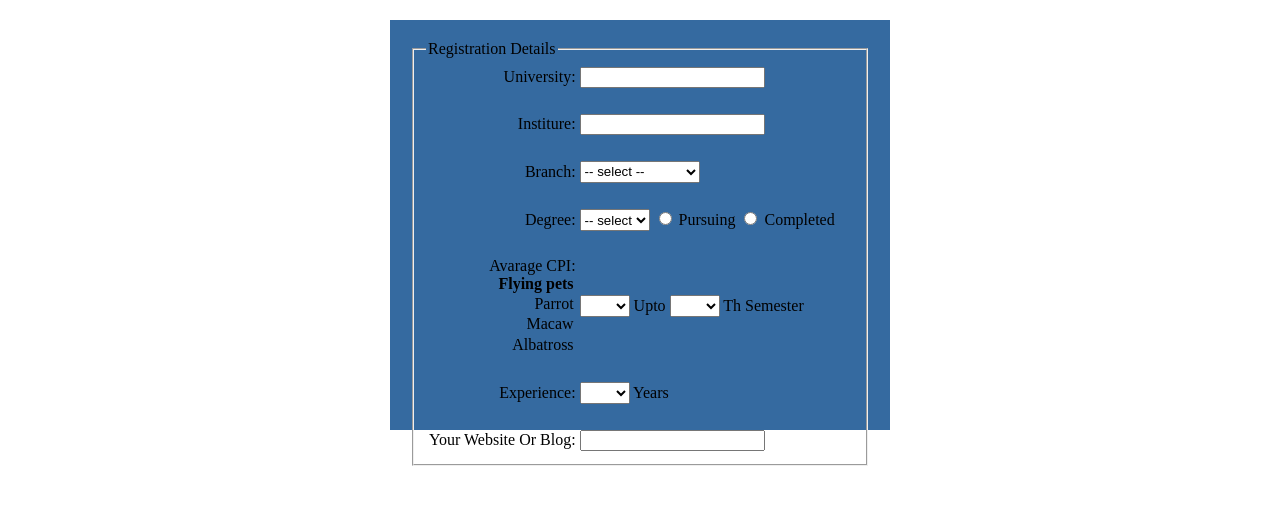
Repository: Helianthusss/Learn-CPP
Page: HTML/lap2/bai5.html
These files come from the project's save history. The page is drawn as it stood at one moment and after the next save; the edit follows.
The browser window is 1280 px wide. The pictures show the whole page.

Above is the page before, as saved 2021-10-10 13:55:52.

### HTML/lap2/bai5.html
<!DOCTYPE html>
<html lang="en">
<head>
    <meta charset="UTF-8">
    <meta http-equiv="X-UA-Compatible" content="IE=edge">
    <meta name="viewport" content="width=device-width, initial-scale=1.0">
    <title>Document</title>
    <style>
        body{
            /* background-color: #81BEF7; */
            margin-left: auto;
            margin-right: auto;
            width: 500px;
            margin-top: 20px;
            /* text-align: center; */
        }
        form{
            background-color: #356aa0;
            height:370px;
            padding: 20px;
        }
        .ps{
            text-align: right;
        }
        button{
            text-align: center;
        }
    </style>
</head>
<body>
    <div>
    <form  >
        <!-- tao khung -->
        <fieldset>
        <legend>Registration Details</legend>
        <table>

            <tr>
                <td class="ps">University: </td>
                <td><input type="text"></td>
                <!-- <br> -->
            </tr>
            <tr>
                <td><br></td>
            </tr>
            <tr>
                <td class="ps">Institure: </td>
                <td><input type="text" ></td>
                <!-- <br> <br> -->
            </tr>
            <tr>
                <td><br></td>
            </tr>
            <tr>
                <td class="ps">Branch: </td>
                <td>
                    <select name="united" style="width: 120px; height: 22px">
                    <option selected="1" value="">-- select --</option>
                    <option value="2">England</option>
                    <option value="3">Japan</option>
                    <option value="4">Korea</option>
                    </select>
                </td>
            </tr>
            <tr>
                <td><br></td>
            </tr>
            <tr>
                <td class="ps">Degree: </td>
                <td>
                    <select name="united" style="width: 70px; height: 22px">
                    <option selected="1" value="">-- select --</option>
                    <option value="2">England</option>
                    <option value="3">Japan</option>
                    <option value="4">Korea</option>
                    </select>
                    <input type="radio" name="degree" value="pursuing" > Pursuing <input type="radio" name="degree" value="completed" > Completed
                </td>
            </tr>
            <tr>
                <td><br></td>
            </tr>
            <tr>
                <td class="ps">Avarage CPI:
                  <optgroup label="Flying pets">
                    <option value="parrot">Parrot</option>
                    <option value="macaw">Macaw</option>
                    <option value="albatross">Albatross</option>
                  </optgroup>
                </td>

                <td>
                    <select name="united" style="width: 50px; height: 22px">
                    <option selected="1" value=""></option>
                    </select>
                    Upto
                    <select name="united" style="width: 50px; height: 22px">
                        <option selected="1" value=""></option>
                    </select>
                    Th Semester
                </td>
            </tr>
            <tr>
                <td><br></td>
            </tr>
            <tr>
                <td class="ps">Experience: </td>
                <td>
                    <select name="united" style="width: 50px; height: 22px">
                    <option selected="1" value=""></option>
                    </select>
                    Years
                </td>
            </tr>
            <tr>
                <td><br></td>
            </tr>
            <tr>
                <td class="ps">Your Website Or Blog: </td>
                <td><input type="text" ></td>
                <!-- <br> <br> -->
            </tr>
        </table>
    </form>
    </div>
    <!-- <div>
        <button type="button" class="btn btn-default btn-circle"><i class="glyphicon glyphicon-ok" style="width:20px; height:20px;"></i>
        </button>
        Steps
        <button type="button" class="btn btn-primary btn-circle"><i class="glyphicon glyphicon-list"></i>
        </button>
    </div> -->
</body>
</html>

After the next save:
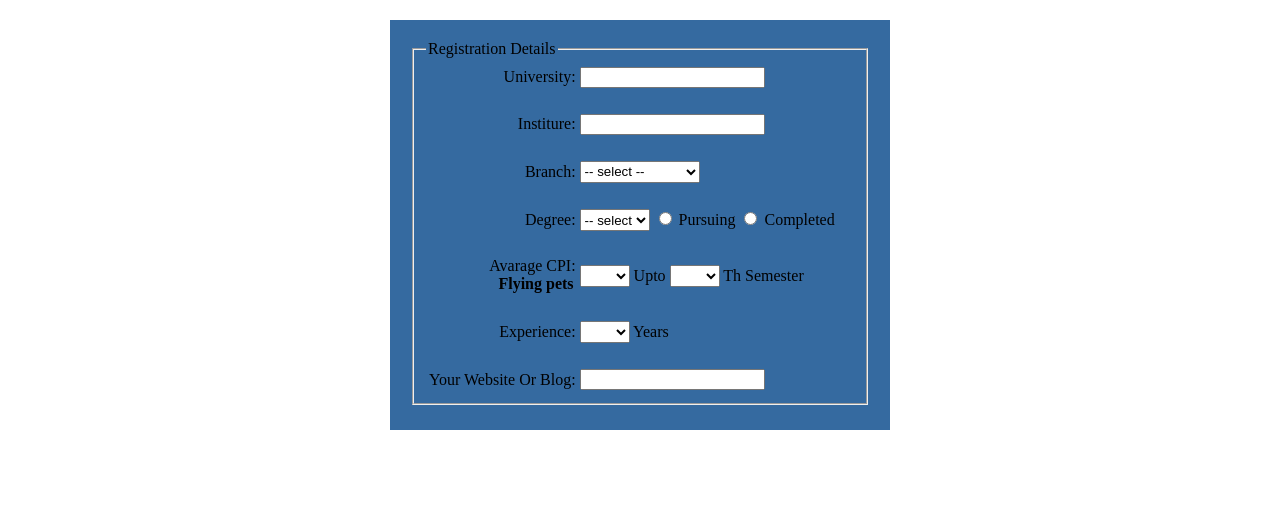
Saved 37 s later.
--- a/HTML/lap2/bai5.html
+++ b/HTML/lap2/bai5.html
@@ -83,9 +83,7 @@
             <tr>
                 <td class="ps">Avarage CPI:
                   <optgroup label="Flying pets">
-                    <option value="parrot">Parrot</option>
-                    <option value="macaw">Macaw</option>
-                    <option value="albatross">Albatross</option>
+
                   </optgroup>
                 </td>
 
